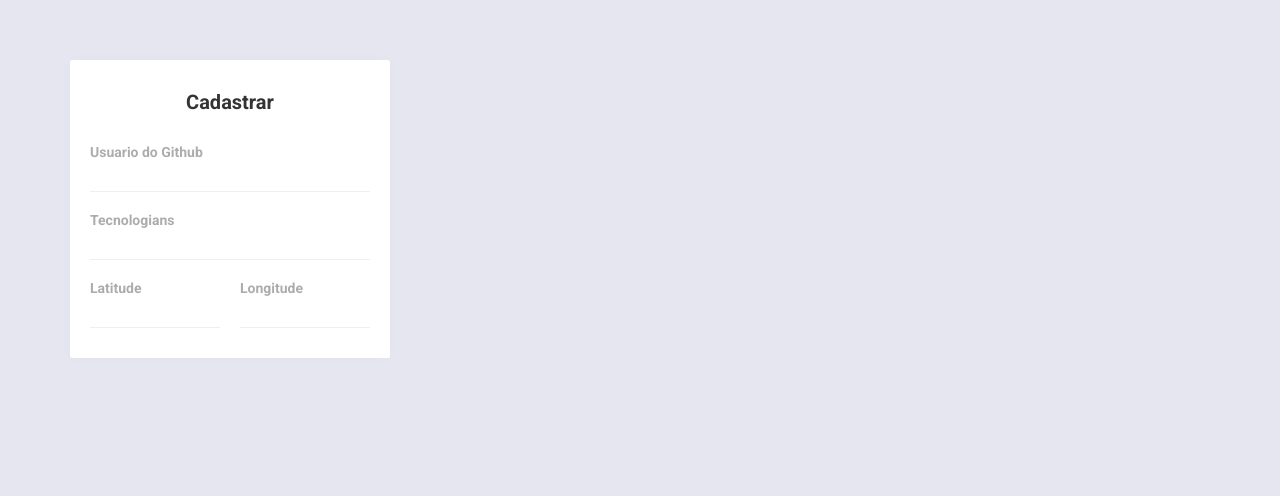
Repository: vadyvarela/semanaOmnistack10
Page: / (app in frontend/)
An editor plug-in stored every save of this project. The page is shown before and after the next save, followed by the edit.
The browser window is 1280 px wide. The pictures show the whole page.
The project was rebuilt for these pictures with package versions that can differ from the ones it lists, and the page was loaded fresh each time.

Above is the page before, as saved 2020-01-15 22:12:18.

After the next save:
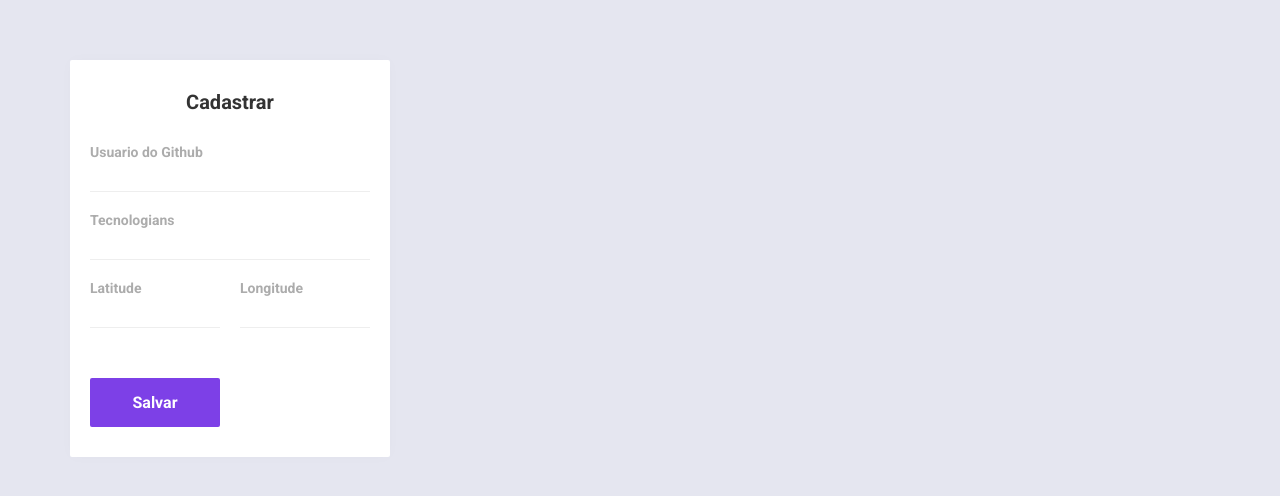
Saved 43 s later.
--- a/frontend/src/App.js
+++ b/frontend/src/App.js
@@ -29,6 +29,8 @@ function App() {
               <input type="text" name="longitude" id="longitude" required />
             </div>
 
+            <button type="submit"> Salvar </button>
+
           </div>
         </form>
       </aside>
